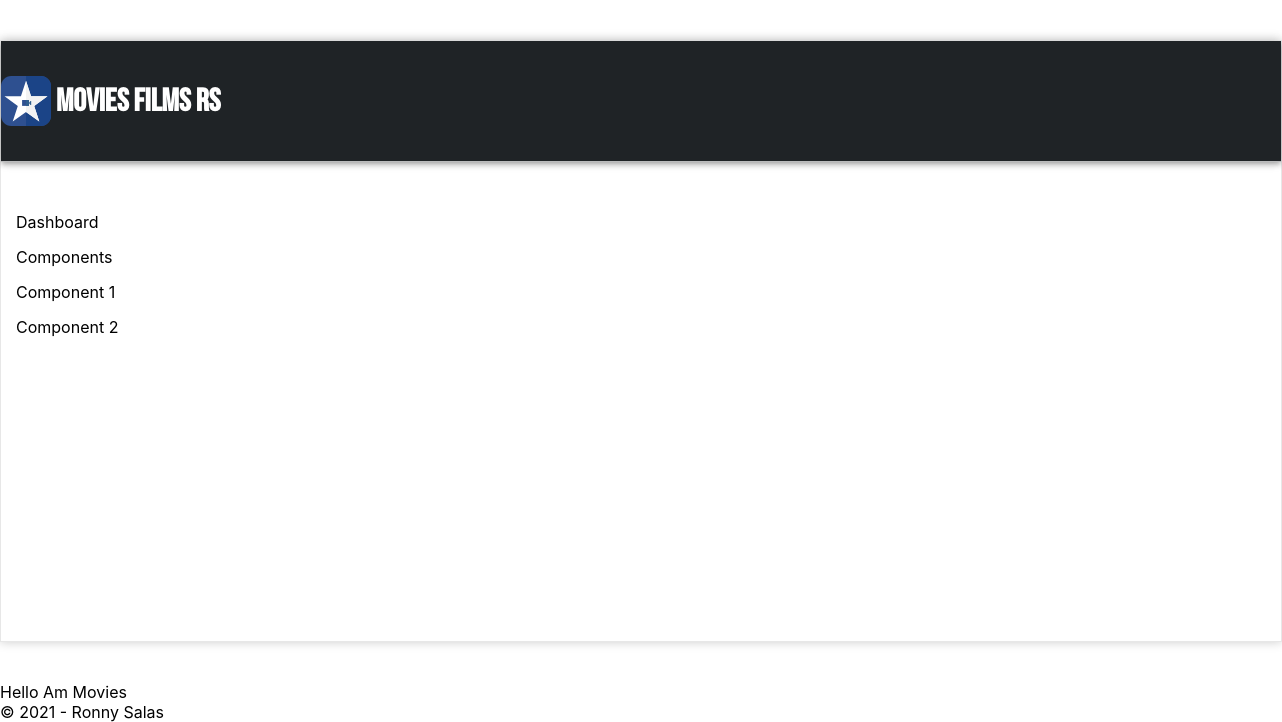
Repository: ronnysalas459/assigment-2
Page: /
The author's editor kept a copy of each file at every save. The page is drawn from the files as they stood at one save, then again after the next save.
The browser window is 1280 px wide. The page is 1282 px wide, so the pictures cover 1282 px, including what lies to the right of the window. The pictures show the whole page.
The page's requests for data from a server got no answer. The project was rebuilt for these pictures with package versions that can differ from the ones it lists, and the page was loaded fresh each time. No one was signed in, and anything a server would have sent is missing. Also part of the build but not shown: src/contexts/DetailsContext.js, src/components/Details/index.js, src/components/NotFound/index.js.

Above is the page before, as saved 2021-08-29 20:12:40.

### src/index.js
import React from 'react';
import ReactDOM from 'react-dom';
import App from './App';

ReactDOM.render(<App />,document.querySelector('#root')
);

### src/App.js
import React from "react";
import { BrowserRouter, Switch, Route } from "react-router-dom";
import MoviesContextProvider from "./contexts/MoviesContext";
import DetailsContextProvider from "./contexts/DetailsContext";
import Movies from "./components/Movies";
import Details from "./components/Details";
import Header from "./components/Common/Header";
import Footer from "./components/Common/Footer";
import SideBar from "./components/Common/SideBar";
import NotFound from "./components/NotFound";
import "./assets/css/styles.css";

const App = () => (
  <BrowserRouter>
    <div className="container">
    <Header />
    <SideBar/>
    </div>
    <Switch>
      <Route exact path="/">
        <MoviesContextProvider>
          <Movies />
        </MoviesContextProvider>
      </Route>
      <Route path="/movie/movie_id">
        <DetailsContextProvider>
          <Details />
        </DetailsContextProvider>
      </Route>
      <Route component={NotFound} />
    </Switch>
    <Footer />
  </BrowserRouter>
);

export default App;

### src/contexts/MoviesContext.js
import React, { createContext, useState, useEffect } from "react";
import { popularGet, movieSearch } from "./../constants";

export const MoviesContext = createContext();

const MoviesContextProvider = ({ children }) => {
  const [doneFetch, setDoneFetch] = useState();
  const [currentQuery, setCurrentQuery] = useState("");
  const [text, setText] = useState("Top Movies");
  const [movies, setMovies] = useState([]);

  useEffect(() => {
    getPopularMovies();
  }, []);

  const getPopularMovies = () => {
    fetch(popularGet())
      .then((res) => res.json())
      .then((data) => {
        setDoneFetch(true);
        setMovies(data.results);
      })
      .catch((err) => console.log(err));
  };

  const getMovies = (query) => {
    fetch(movieSearch(query))
      .then((res) => res.json())
      .then((data) => {
        const { results } = data;
        setDoneFetch(true);
        setText(results.length ? "Results" : "No Results");
        setMovies(results);
      })
      .catch((err) => console.log(err));
  };

  const validateQuery = (
    e,
    query = document.querySelector("#query").value.toLowerCase().trim()
  ) => {
    if (e.type === "keypress" && e.key !== "Enter") return;
    const words = query.match(/\w+/g);
    query = words && words.join(" ");
    if (query && query !== currentQuery) {
      setCurrentQuery(query);
      setDoneFetch(false);
      getMovies(query);
    }
  };
  return (
    <MoviesContext.Provider value={{ doneFetch, text, movies, validateQuery }}>
      {children}
    </MoviesContext.Provider>
  );
};

export default MoviesContextProvider;

### src/components/Movies/index.js
import React from 'react'

const Movies = () => (
    <p> Hello Am Movies</p>
);

export default Movies;

### src/components/Common/Header.js
import React from "react";
import { AppBar, Toolbar } from "@material-ui/core";
import { ReactComponent as Logo } from "./../../assets/img/movie.svg";
import "./../../assets/css/styles.css";
const Header = () => (
  <AppBar position="sticky">
      <div className="header-container">
            <Logo className="logo-container" />
            &nbsp;&nbsp;
        <h1>Movies Films RS</h1>
      </div>
  </AppBar>
);

export default Header;

### src/components/Common/Footer.js
import React from 'react'

const Footer = () => (
    <footer>
        <p> &copy; { new Date().getFullYear()} - Ronny Salas</p>
    </footer>
);


export default Footer;

### src/components/Common/SideBar.js
import React from "react";
import { ProSidebar, Menu, MenuItem, SubMenu } from "react-pro-sidebar";
import "./../../assets/css/styles.css";

const SideBar = () => (
  <section className="content">
    <aside className="aside">
      <ProSidebar>
        <Menu iconShape="square">
          <MenuItem>Dashboard</MenuItem>
          <SubMenu title="Components">
            <MenuItem>Component 1</MenuItem>
            <MenuItem>Component 2</MenuItem>
          </SubMenu>
        </Menu>
      </ProSidebar>
    </aside>
  </section>
);
export default SideBar;

### src/assets/css/styles.css
/*FUENTES*/

@font-face {
  font-family: "TrebuchetMS";
  src: url("../fonts/TrebuchetMS.ttf");
  font-weight: normal;
  font-style: normal;
}
@font-face {
  font-family: "BebasNeue";
  src: url("../fonts/BebasNeue.otf");
  font-weight: normal;
  font-style: normal;
}

@font-face {
  font-family: "WebSymbolsRegular";
  src: url("../fonts/websymbols-regular-webfont.eot");
  src: url("../fonts/websymbols-regular-webfont.eot?#iefix")
      format("embedded-opentype"),
    url("../fonts/websymbols-regular-webfont.woff") format("woff"),
    url("../fonts/websymbols-regular-webfont.ttf") format("truetype"),
    url("../fonts/websymbols-regular-webfont.svg#WebSymbolsRegular")
      format("svg");
  font-weight: normal;
  font-style: normal;
}

* {
  margin: 0px;
  padding: 0px;
}

.wrap {
  width: 1250px;
  margin: 0px auto;
}

.gear,
.icon {
  font-family: "WebSymbolsRegular";
}

html {
  overflow-x: hidden;
}

body {
  margin: 0;
  font-family: -apple-system, BlinkMacSystemFont, "Segoe UI", "Roboto", "Oxygen",
    "Ubuntu", "Cantarell", "Fira Sans", "Droid Sans", "Helvetica Neue",
    sans-serif;
  -webkit-font-smoothing: antialiased;
  -moz-osx-font-smoothing: grayscale;
}
.container{
  width:100%;
  height:auto;
  margin:0px auto;
  border: 1px solid rgba(225,225,226,0.8);
  box-shadow:0px 0px 10px #ccc;
  margin-top: 40px;
  margin-bottom: 40px;
  min-height:600px;
}
.header-container {
  width: 100%;
  height: 80px;
  background-color: #1f2326 !important;
  font-family: BebasNeue;
  color: white;
  display: flex;
  flex-direction: row;
  flex-wrap: wrap;
  align-items: center;
  height: 120px;
  border-bottom: 1px solid rgba(225, 225, 226, 0.8);
}

.logo-container {
  display: block;
  height: 100%;
  width: 50px;
}
.logo-container h1 {
  color: aqua;
}
.content{
  display:flex;
  justify-content:space-between;
  padding-top: 20px;
  padding-bottom: 20px;
}
.aside{

  flex-basis: 15%;
  margin-right: 30px;
  padding: 15px;

  display:flex;
  flex-direction: column;
  flex-wrap: wrap;
}
.sidebar {
  display: flex;
  color: aqua;
  width: 10%;
  height: auto;
  background-color: #1f2326;
}
ul {
  list-style-type: none;
  padding: 0;
}

li {
  margin-top: 15px;
}

a {
  text-decoration: none;
}

.root {
  margin: 3vw;
}

.message,
.defaultPaper {
  text-align: center;
  color: rgba(0, 0, 0, 0.54) !important;
}

.paper {
  margin-top: 25px;
  margin-bottom: 25px;
  margin-left: auto;
  margin-right: auto;
  max-width: 600px;
}

.defaultPaper {
  padding: 15px;
}

.title {
  font-size: 25px;
}

.buttonPrimary,
.progressBar {
  display: flex;
  justify-content: center;
  align-items: center;
}

.buttonPrimary,
.message,
.progressBar {
  margin: 10px;
}

.MuiTextField-root {
  width: 100%;
}

@media (max-width: 323px) {
  h1 {
    display: none;
  }
}

### src/constants/index.js
//HABILITAR PROXY INVERSO PARA CORS INTERCEPTOR
//const cors_anywhere = "https://cors-anywhere.herokuapp.com/";
const base_url = "https://api.themoviedb.org/3/";
const popular_movies_get = "movie/popular?";
const movie_search = "search/movie?";
const movies_get = "movie/{movie_id}";
const api_key = "api_key = 2c4e30626dc1fcee2a373a9a71cf70f1";


export const popularGet = popular_movies_get => `${base_url}${popular_movies_get}${api_key}`;
export const moviesGet = movies_get => `${base_url}${movies_get}${api_key}`;
export const movieSearch = query => `${base_url}${movie_search}${api_key}query=${query}`;

Loaded but not shown: public/index.html (common file)

After the next save:
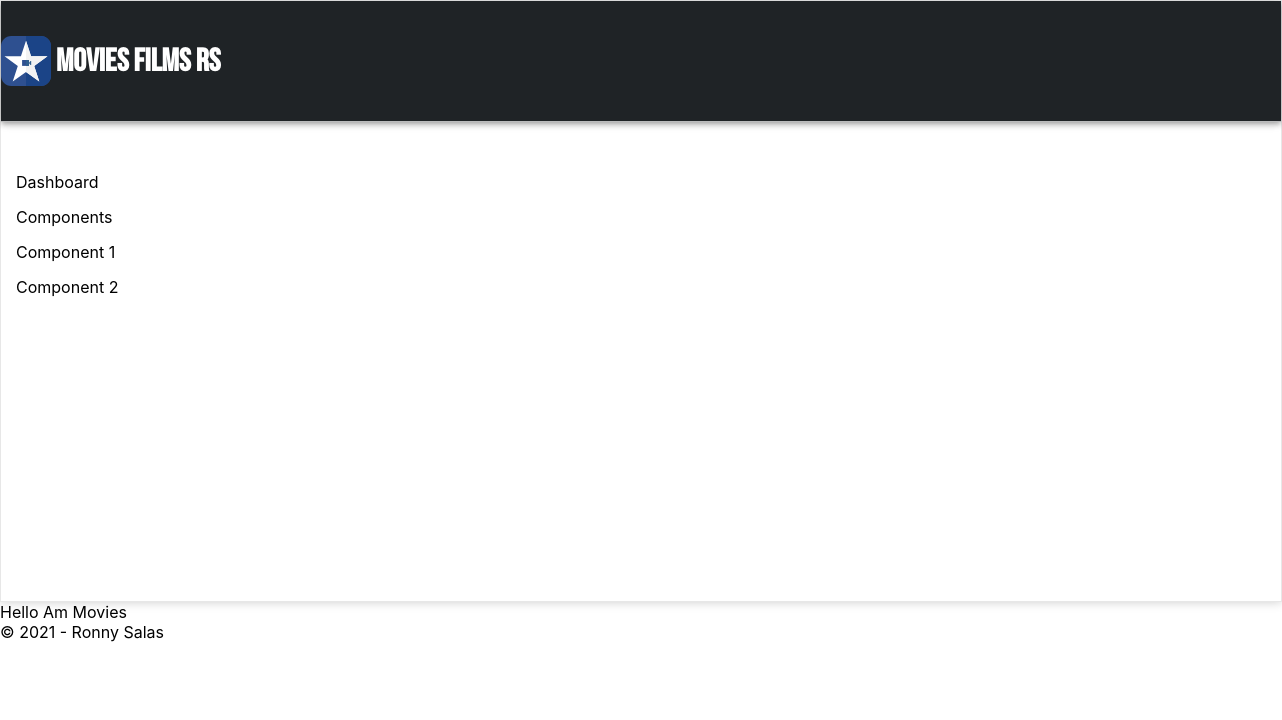
Saved 12 s later.
--- a/src/assets/css/styles.css
+++ b/src/assets/css/styles.css
@@ -59,8 +59,6 @@
   margin:0px auto;
   border: 1px solid rgba(225,225,226,0.8);
   box-shadow:0px 0px 10px #ccc;
-  margin-top: 40px;
-  margin-bottom: 40px;
   min-height:600px;
 }
 .header-container {
